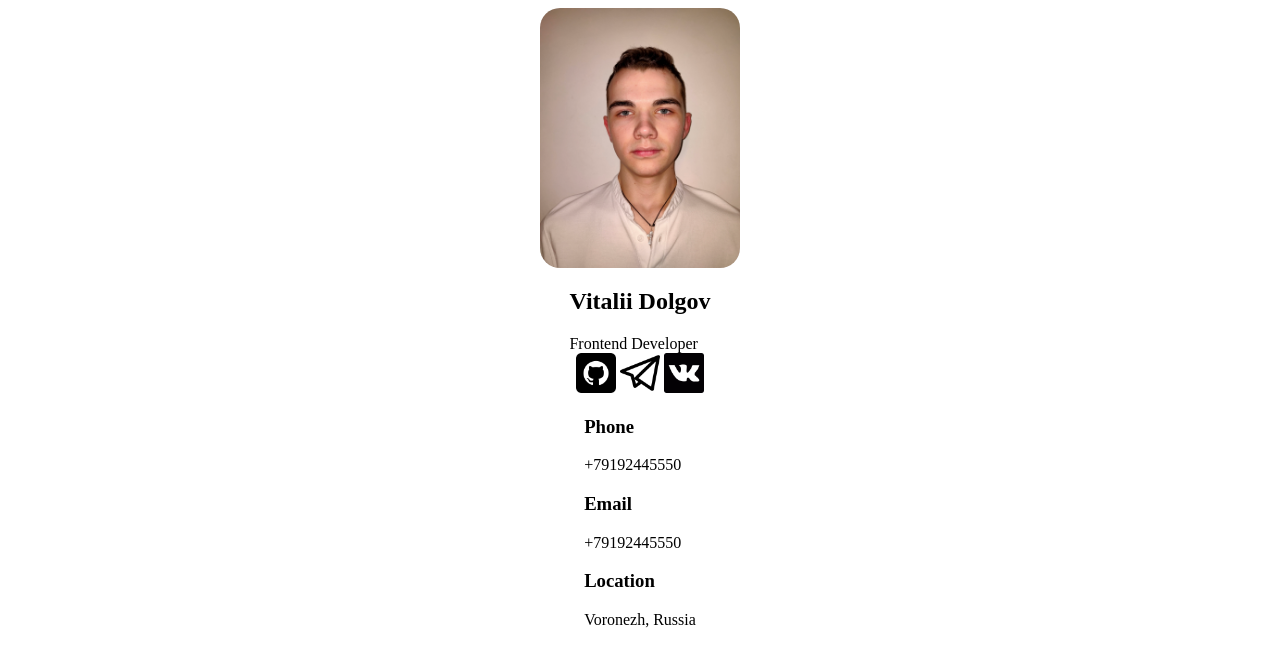
Repository: VitasYo/User_card
Page: src/index.html
These files come from the project's save history. The page is drawn as it stood at one moment and after the next save; the edit follows.
The browser window is 1280 px wide. The pictures show the whole page.

Above is the page before, as saved 2024-04-09 19:10:54.

### src/index.html
<!DOCTYPE html>
<html lang="ru">
  <head>
    <meta charset="UTF-8" />
    <meta name="viewport" content="width=device-width, initial-scale=1.0" />
    <title>First html</title>
    <link rel="stylesheet" href="../assets/css/index.css" />
    <script src="script.js"></script>
  </head>
  <body>
    <section class="container">
      <img class="avatar" src="../assets/img/Фото.jpg" alt="" />
      <div>
        <h1>Vitalii Dolgov</h1>
        <div>Frontend Developer</div>
      </div>
      <div>
        <a href="#"
          ><img class="icon" src="../assets/img/github.png" alt="github"
        /></a>
        <a href="#"
          ><img class="icon" src="../assets/img/telegram.png" alt="telegram"
        /></a>
        <a href="#"><img class="icon" src="../assets/img/vk.png" alt="vk" /></a>
      </div>
      <div>
        <div>
          <a href=""></a>
          <div><h3>Phone</h3></div>
          <div><p>+79192445550</p></div>
        </div>
        <div>
          <a href=""></a>
          <div><h3>Email</h3></div>
          <div><p>+79192445550</p></div>
        </div>
        <div>
          <a href=""></a>
          <div><h3>Location</h3></div>
          <div><p>Voronezh, Russia</p></div>
        </div>
      </div>
    </section>
  </body>
</html>

### assets/css/index.css
.container {
  display: flex;
  flex-direction: column;
  align-items: center;
}

.avatar {
  width: 200px;
  height: 260px;
  border-radius: 20px;
}

.icon {
  width: 40px;
  height: 40px;
}

Loaded but not shown: src/script.js (no stored copy; drawn as an empty file)

After the next save:
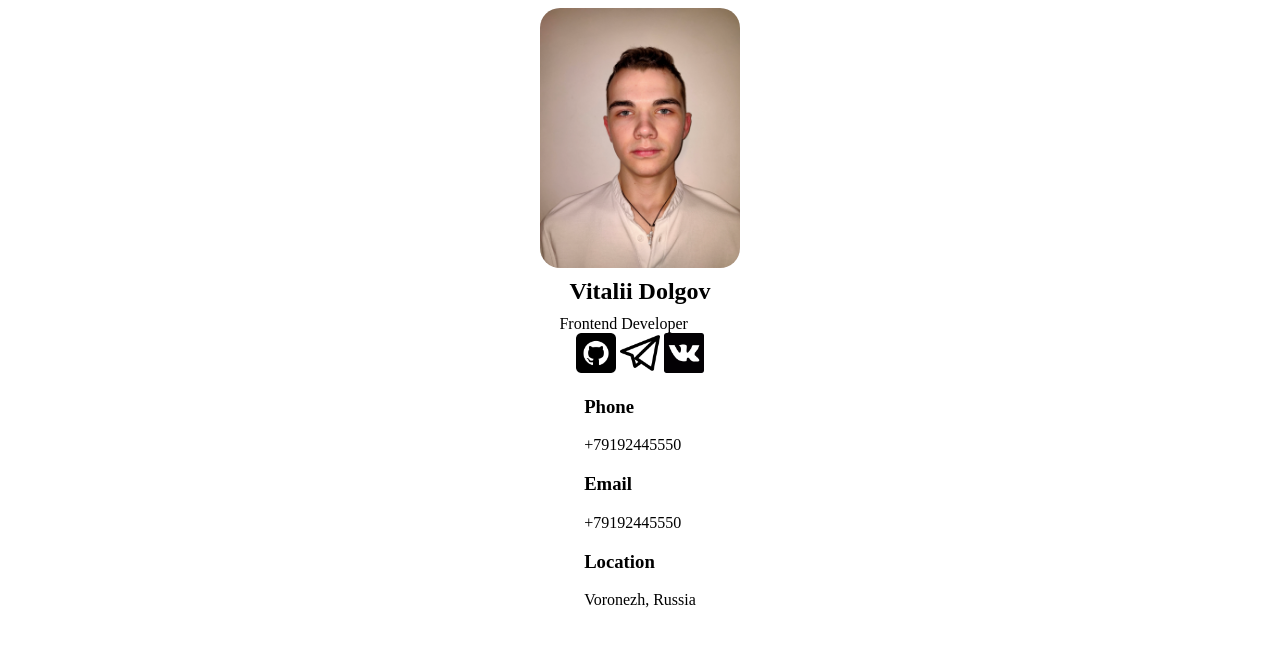
Saved 2 min 55 s later.
--- a/assets/css/index.css
+++ b/assets/css/index.css
@@ -1,3 +1,6 @@
+.container h1 {
+  margin: 10px;
+}
 .container {
   display: flex;
   flex-direction: column;
